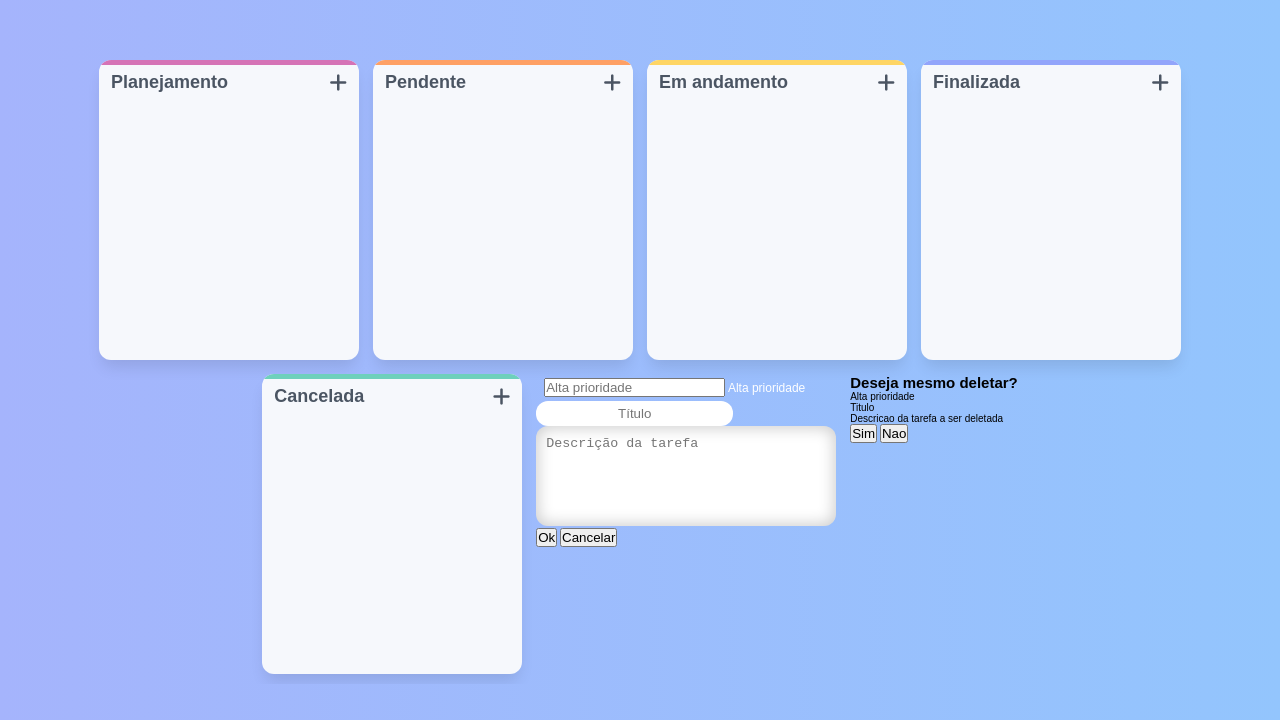
Repository: Marinalr-25/ProjetoToDoList
Page: index.html
An editor plug-in stored every save of this project. The page is shown before and after the next save, followed by the edit.
The browser window is 1280 px wide. The pictures show the whole page.
Some web fonts or font styles are not loaded; a fallback is used. Some web libraries are served in a nearby version.

Above is the page before, as saved 2025-06-26 15:06:06.

### index.html
<!DOCTYPE html>
<html lang="pt-BR">
  <head>
    <meta charset="UTF-8" />
    <meta name="viewport" content="width=device-width, initial-scale=1.0" />
    <link rel="preconnect" href="https://fonts.googleapis.com" />
    <link rel="preconnect" href="https://fonts.gstatic.com" crossorigin />
    <link
      href="https://fonts.googleapis.com/css2?family=Playpen+Sans:wght@100..800&family=Roboto:ital,wght@0,100;0,300;0,400;0,500;0,700;0,900;1,100;1,300;1,400;1,500;1,700;1,900&display=swap"
      rel="stylesheet"
    />
    <link
      rel="stylesheet"
      href="https://cdnjs.cloudflare.com/ajax/libs/font-awesome/6.6.0/css/all.min.css"
      integrity="sha512-Kc323vGBEqzTmouAECnVceyQqyqdsSiqLQISBL29aUW4U/M7pSPA/gEUZQqv1cwx4OnYxTxve5UMg5GT6L4JJg=="
      crossorigin="anonymous"
      referrerpolicy="no-referrer"
    />
    <link rel="stylesheet" href="css/style.css" />
    <title>Suas tarefas</title>
  </head>
  <body>
    <main class="kanban">
      <!-- coluna 1 (planejamento) -->
      <div class="kanban-column" data-id="1">
        <div class="kanban-title">
          <h2>Planejamento</h2>
          <button class="add-card"><i class="fa-solid fa-plus"></i></button>
        </div>
        <div class="kanban-cards">
          <!-- <div class="kanban-card" draggable="true">
            <div class="badge high">
              <span>Alta prioridade</span>
            </div>
            <p class="card-title">Criar uma logo</p>
            <div class="card-infos">
              A logo deve conter as cores rosa e azul, traços finos e que
              represente a marca
              <div class="card-icons">
                <p>
                  <i class="fa-solid fa-trash"></i>
                </p>
                <p>
                  <i class="fa-solid fa-pen"></i>
                </p>
              </div>
              <div class="user">
                <img src="images/iconePerfilPlanejamento.png" alt="avatar1" />
              </div>
            </div>
          </div>
          <div class="kanban-card" draggable="true">
            <div class="badge low">
              <span>Baixa prioridade</span>
            </div>
            <p class="card-title">Criar o designer</p>
            <div class="card-infos">
              Cores: Rosa e Azul
              <div class="card-icons">
                <p>
                  <i class="fa-solid fa-trash"></i>
                </p>
                <p>
                  <i class="fa-solid fa-pen"></i>
                </p>
              </div>
              <div class="user">
                <img src="images/iconePerfilPlanejamento.png" alt="avatar1" />
              </div>
            </div>
          </div> -->
        </div>
      </div>
      <!-- coluna 2 (Pendente) -->
      <div class="kanban-column" data-id="2">
        <div class="kanban-title">
          <h2>Pendente</h2>
          <button class="add-card"><i class="fa-solid fa-plus"></i></button>
        </div>
        <div class="kanban-cards">
          <!-- <div class="kanban-card" draggable="true">
            <div class="badge high">
              <span>Alta prioridade</span>
            </div>
            <p class="card-title">Revisar Layout</p>
            <div class="card-infos">
              Ajustar espaçamentos e tamanho das imagens
              <div class="card-icons">
                <p>
                  <i class="fa-solid fa-trash"></i>
                </p>
                <p>
                  <i class="fa-solid fa-pen"></i>
                </p>
              </div>
              <div class="user">
                <img src="images/iconePerfilPendente.png" alt="avatar2" />
              </div>
            </div>
          </div> -->
        </div>
      </div>
      <!-- coluna 3 (Em andamento) -->
      <div class="kanban-column" data-id="3">
        <div class="kanban-title">
          <h2>Em andamento</h2>
          <button class="add-card"><i class="fa-solid fa-plus"></i></button>
        </div>
        <div class="kanban-cards">
          <!-- <div class="kanban-card" draggable="true">
            <div class="badge medium">
              <span>Prioridade média</span>
            </div>
            <p class="card-title">ícones e imagens</p>
            <div class="card-infos">
              Criar as imagens e ícones necessários
              <div class="card-icons">
                <p>
                  <i class="fa-solid fa-trash"></i>
                </p>
                <p>
                  <i class="fa-solid fa-pen"></i>
                </p>
              </div>
              <div class="user">
                <img src="images/iconePerfilEmAndamento.png" alt="avatar2" />
              </div>
            </div>
          </div> -->
        </div>
      </div>
      <!-- coluna 4 (Finalizada) -->
      <div class="kanban-column" data-id="4">
        <div class="kanban-title">
          <h2>Finalizada</h2>
          <button class="add-card"><i class="fa-solid fa-plus"></i></button>
        </div>
        <div class="kanban-cards">
          <!-- <div class="kanban-card" draggable="true">
            <div class="badge high">
              <span>Alta prioridade</span>
            </div>
            <p class="card-title">Decidir a paleta de cores e tipografia</p>
            <div class="card-infos">
              Cores: Rosa e Azul Tipografia: Monserrat
              <div class="card-icons">
                <p>
                  <i class="fa-solid fa-trash"></i>
                </p>
                <p>
                  <i class="fa-solid fa-pen"></i>
                </p>
              </div>
              <div class="user">
                <img src="images/iconePerfilFinalizada.png" alt="avatar2" />
              </div>
            </div>
          </div>
          <div class="kanban-card" draggable="true">
            <div class="badge high">
              <span>Alta prioridade</span>
            </div>
            <p class="card-title">HTML</p>
            <div class="card-infos">
              Criando a estrutura HTML das páginas
              <div class="card-icons">
                <p>
                  <i class="fa-solid fa-trash"></i>
                </p>
                <p>
                  <i class="fa-solid fa-pen"></i>
                </p>
              </div>
              <div class="user">
                <img src="images/iconePerfilFinalizada.png" alt="avatar2" />
              </div>
            </div>
          </div> -->
        </div>
      </div>
      <!-- coluna 5 (Cancelada)-->
      <div class="kanban-column" data-id="5">
        <div class="kanban-title">
          <h2>Cancelada</h2>
          <button class="add-card"><i class="fa-solid fa-plus"></i></button>
        </div>
        <div class="kanban-cards">
          <!-- <div class="kanban-card" draggable="true">
            <div class="badge medium">
              <span id="propriedadeSelecionada">Prioridade média</span>
            </div>
            <p class="card-title">Banco de dados</p>
            <div class="card-infos">
              Uso de banco de dados (opção descartada)
              <div class="card-icons">
                <p>
                  <i class="fa-solid fa-trash"></i>
                </p>
                <p>
                  <i class="fa-solid fa-pen"></i>
                </p>
              </div>
              <div class="user">
                <img
                  src="images/iconePerfilCancelada.png"
                  alt="avatarTarefaCancelada"
                />
              </div>
            </div>
          </div> -->
        </div>
      </div>
      <div class="adicionando">
        <div class="opcoes">
          <div class="custom_radio">
            <input
              type="radio"
              name="prioridade"
              id="alta_prioridade"
              placeholder="Alta prioridade"
            />
            <label for="alta_prioridade">Alta prioridade</label>
          </div>
          <div class="custom_radio">
            <input
              type="radio"
              name="prioridade"
              id="media_prioridade"
              placeholder="Alta prioridade"
            />
            <label for="media_prioridade">Prioridade média</label>
          </div>
          <div class="custom_radio">
            <input
              type="radio"
              name="prioridade"
              id="baixa_prioridade"
              placeholder="Alta prioridade"
            />
            <label for="baixa_prioridade">Baixa prioridade</label>
          </div>
        </div>
        <div class="title">
          <input
            type="text"
            class="title-input"
            name="title"
            id="title"
            placeholder="Título"
          />
          <label for="title"></label>
        </div>
        <div class="descricao">
          <textarea
            placeholder="Descrição da tarefa"
            name="caixa_texto"
            id="caixa_texto"
            class="caixa_texto"
          ></textarea>
        </div>
        <div class="buttons">
          <button class="botao okButton">Ok</button>
          <button class="botao cancelarButton">Cancelar</button>
        </div>
      </div>

      <div class="popupEditar">
        <div class="popupEditar__prioridade badge">
          <div>
            <input
              type="text"
              name="prioridade"
              id="alta_prioridade"
              class="alta_prioridade"
              placeholder="Alta prioridade"
            />
            <label for="alta_prioridade">Alta prioridade</label>
          </div>
        </div>
        <div class="popupEditar__titulo">
          <input
            type="text"
            class="title"
            name="title"
            id="title"
            placeholder="Título"
          />
          <label for="title"></label>
        </div>
        <div class="popupEditar__descricao">
          <textarea
            placeholder="Descrição da tarefa"
            name="caixa_texto"
            id="caixa_texto"
            class="caixa_texto"
          ></textarea>
        </div>
        <div class="buttonsEdit">
          <button class="botaoOk">Ok</button>
          <button class="botaoCancelar">Cancelar</button>
        </div>
      </div>

      <!-- <div class="popupEditar">
        <h2>Deseja mesmo editar?</h2>
        <div class="itensParaEditar">
          <div class="popupEditar__prioridade">Alta prioridade</div>
          <div class="popupEditar__titulo">Titulo</div>
          <div class="popupEditar__descricao">
            Descricao da tarefa a ser deletada
          </div>
        </div>
        <div class="buttonsEdit">
          <button class="botaoOk">Ok</button>
          <button class="botaoCancelar">Cancelar</button>
        </div>
      </div> -->
      <div class="popupDeletar">
        <h2>Deseja mesmo deletar?</h2>
        <div class="itensParaDeletar">
          <div class="popupDeletar__prioridade">Alta prioridade</div>
          <div class="popupDeletar__tituloDelete">Titulo</div>
          <div class="popupDeletar__descricaoDelete">
            Descricao da tarefa a ser deletada
          </div>
        </div>
        <div class="buttonsDelete">
          <button class="botaoSim">Sim</button>
          <button class="botaoNao">Nao</button>
        </div>
      </div>
    </main>
    <!-- <button id="clear-storage">Limpar Local Storage</button> -->
    <script src="javascript/script.js"></script>
  </body>
</html>

### css/style.css
* {
  padding: 0;
  margin: 0;
  box-sizing: border-box;
}

*::-webkit-scrollbar {
  width: 0.8rem;
}

*::-webkit-scrollbar-track {
  background-color: #eaeffa;
  border-radius: 0.8rem;
}
*::-webkit-scrollbar-thumb {
  background-color: #b7d3fb;
  border-radius: 2rem;
}

html {
  font-size: 62.5%;
}

body {
  font-family: 'Playpen Sans', sans-serif;
  min-height: 100vh;
  display: flex;
  justify-content: center;
  align-items: center;
  background: linear-gradient(90deg, #a5b4fc, #93c5fd);
}

.kanban {
  display: flex;
  gap: 1.4rem;
  flex-wrap: wrap;
  justify-content: center;
  padding: 2.4rem;
  width: 100%;
  height: 90vh;
  overflow-x: auto;
}

.kanban-column {
  display: flex;
  flex-direction: column;
  gap: 1.8rem;
  height: 100%;
  overflow-y: auto;
  background-color: #f6f8fc;
  border-radius: 1.2rem;
  box-shadow: 0 1rem 1.5rem -0.3rem rgba(0, 0, 0, 0.1);
  padding: 1.2rem;
  overflow: hidden;
  width: 26rem;
  position: relative;

  @media all and (max-width: 87.87em) {
    height: 50%;
  }

  &::after {
    position: absolute;
    content: '';
    top: 0;
    left: 0;
    height: 0.5rem;
    width: 100%;
  }
  &[data-id='1']::after {
    background-color: #d573b6;
  }
  &[data-id='2']::after {
    background-color: #fea065;
  }
  &[data-id='3']::after {
    background-color: #fed565;
  }
  &[data-id='4']::after {
    background-color: #92a5fb;
  }
  &[data-id='5']::after {
    background-color: #6ed0bc;
  }
}

.kanban-title {
  display: flex;
  justify-content: space-between;

  & h2 {
    font-size: 1.8rem;
    color: #4b5563;
    font-weight: 600;
  }
}

.add-card {
  color: #4b5563;
  font-size: 2rem;
  background-color: transparent;
  cursor: pointer;
  border: none;
}

.kanban-cards {
  display: flex;
  flex-direction: column;
  gap: 0.8rem;
  height: 100%;
  overflow-x: hidden;
  overflow-y: auto;
}

.kanban-card {
  display: flex;
  flex-direction: column;
  gap: 0.8rem;
  background-color: #ffffff;
  padding: 1rem;
  border-radius: 1.4rem;
  box-shadow: 0 0.5rem 0.5rem -0.3rem rgba(0, 0, 0, 0.1);
  cursor: pointer;
}

.badge {
  color: #ffffff;
  width: fit-content;
  font-size: 1.2rem;
  padding: 0.4rem 0.8rem;
  border-radius: 1.2rem;

  &.high {
    background-color: #d573b6;
  }
  &.medium {
    background-color: #fea065;
  }
  &.low {
    background-color: #92a5fb;
  }
}

.dragging {
  opacity: 0.5;
}

.card-title {
  font-size: 1.1rem;
  font-weight: 600;
}

.card-infos {
  display: flex;
  justify-content: space-between;
  align-items: start;
  gap: 0.8rem;
}
.card-icons {
  display: flex;
  gap: 1.5rem;
  & i {
    color: #a8a8aa;
  }
}

.cards-hover {
  background-color: #eaeffa;
  border-radius: 0.8rem;
}

.user img {
  width: 4.2rem;
  height: 4.2rem;
  border-radius: 100%;
  object-fit: cover;
}

.adicionando {
  padding: 2rem;
  display: none;
  flex-direction: column;
  justify-content: space-between;
  gap: 2.5rem;
  position: fixed;
  top: 50%;
  left: 50%;
  transform: translate(-50%, -50%);
  width: 50rem;
  height: 35rem;
  border-radius: 1rem;
  box-shadow: inset -0.5rem -0.5rem 2rem 0.5rem rgba(0, 0, 0, 0.2);
  background: linear-gradient(150deg, #93c5fd, #a5b4fc);
}

.opcoes {
  display: flex;
  justify-content: center;
  gap: 2rem;
}

.custom_radio input[type='radio'] {
  display: none;
}

.custom_radio label {
  display: inline-block;
  margin: 0.5rem;
  cursor: pointer;
  transition: all 0.2s ease;
  background-color: #43b494;
  color: #ffffff;
  width: fit-content;
  font-size: 1.2rem;
  padding: 0.4rem 0.8rem;
  border-radius: 1.2rem;
}

.custom_radio input[type='radio']:checked + label {
  box-shadow: 0 0.5rem 0.5rem 0.2rem rgba(0, 0, 0, 0.2);
}

label:hover {
  transform: scale(1.1);
}

#alta_prioridade:checked + label {
  background-color: #d573b6; /* Vermelho para alta prioridade */
}

#media_prioridade:checked + label {
  background-color: #fea065; /* Amarelo para média prioridade */
}

#baixa_prioridade:checked + label {
  background-color: #92a5fb; /* Verde para baixa prioridade */
}

.custom-radio input[type='radio']:checked {
  transform: scale(1.1);
}

.title {
  display: flex;
  justify-content: center;
  padding: 0.5rem 1rem;
}

.title::placeholder {
  text-align: center;
}

.title,
.caixa_texto {
  border: 0;
  resize: none;
  border-radius: 1.2rem;
}

.title:focus,
.caixa_texto:focus {
  outline: none;
  box-shadow: inset 0 0 1.5rem 0.2rem transparent;
  border: 2px solid #998fe8;
}

.descricao {
  display: flex;
  justify-content: center;
}
.caixa_texto {
  width: 30rem;
  height: 10rem;
  padding: 1rem;
  box-shadow: inset 0 0 1.5rem 0.2rem #00000033;
}

.caixa_texto::placeholder {
  text-align: start;
}

.buttons {
  display: flex;
  justify-content: space-around;
  height: 4rem;
  align-items: center;
}

.botao {
  text-transform: uppercase;
  font-weight: 600;
  border: 0;
  border-radius: 5rem;
  padding: 0.6rem 0.8rem;
  width: 9rem;
  box-shadow: 0 0.5rem 0.5rem 0.2rem rgba(0, 0, 0, 0.2);
}

.okButton {
  background-color: #6ac96f;
  box-shadow: inset 0 0.5rem 0.5rem 0.2rem transparent;
  transition: all 0.3s ease;
  &:hover {
    box-shadow: inset 0.2rem -0.5rem 1rem 0.1rem #52b957;
    transform: scale(1.1);
  }
}
.cancelarButton {
  background-color: #e57373;
  box-shadow: inset 0 0.5rem 0.5rem 0.2rem transparent;
  transition: all 0.3s ease;
  &:hover {
    box-shadow: inset 0.2rem -0.5rem 1rem 0.1rem #d63d3d;
    transform: scale(1.1);
  }
}

Loaded but not shown: javascript/script.js (244 lines, source omitted)

After the next save:
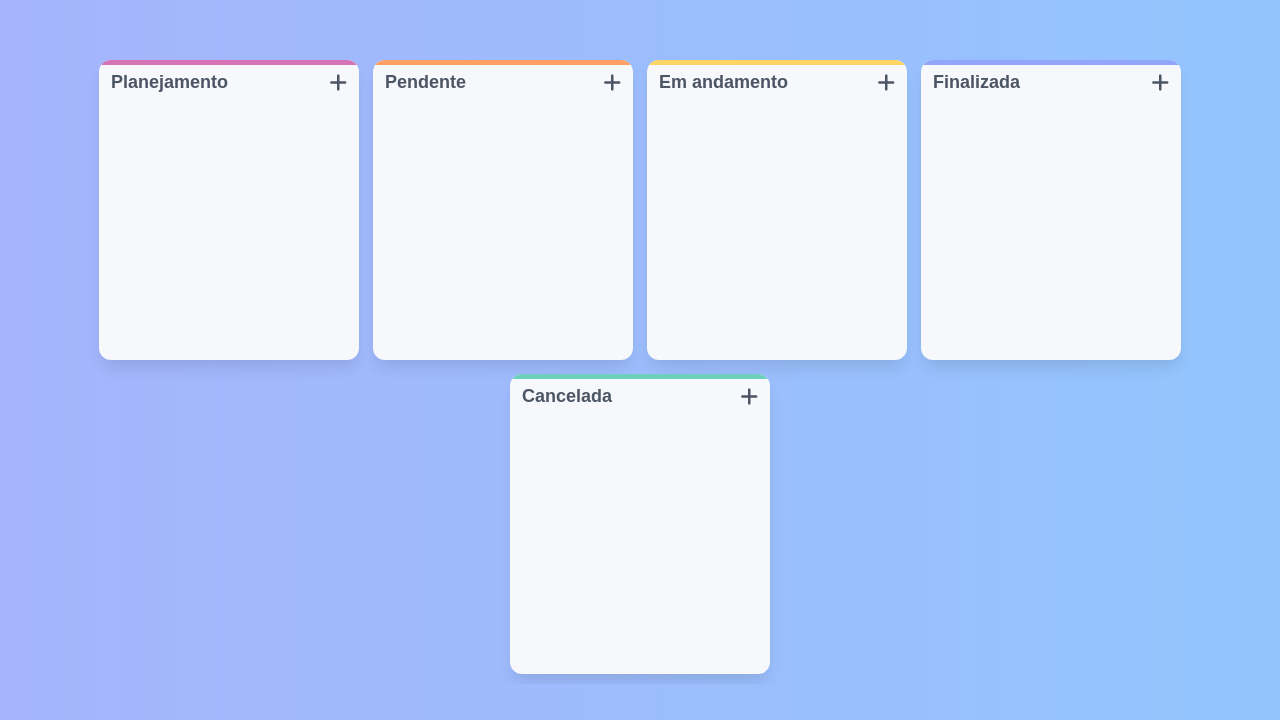
Saved 20 s later.
--- a/css/style.css
+++ b/css/style.css
@@ -52,7 +52,7 @@ body {
   box-shadow: 0 1rem 1.5rem -0.3rem rgba(0, 0, 0, 0.1);
   padding: 1.2rem;
   overflow: hidden;
-  width: 26rem;
+  min-width: 26rem;
   position: relative;
 
   @media all and (max-width: 87.87em) {
@@ -118,6 +118,7 @@ body {
   gap: 0.8rem;
   background-color: #ffffff;
   padding: 1rem;
+  width: 24rem;
   border-radius: 1.4rem;
   box-shadow: 0 0.5rem 0.5rem -0.3rem rgba(0, 0, 0, 0.1);
   cursor: pointer;
@@ -176,7 +177,9 @@ body {
   object-fit: cover;
 }
 
-.adicionando {
+.adicionando,
+.popupDeletar,
+.popupEditar {
   padding: 2rem;
   display: none;
   flex-direction: column;
@@ -202,6 +205,9 @@ body {
 .custom_radio input[type='radio'] {
   display: none;
 }
+input[type='text'] {
+  display: none;
+}
 
 .custom_radio label {
   display: inline-block;
@@ -224,20 +230,23 @@ label:hover {
   transform: scale(1.1);
 }
 
-#alta_prioridade:checked + label {
+#alta_prioridade:checked + label,
+.alta_prioridade:checked + label {
   background-color: #d573b6; /* Vermelho para alta prioridade */
 }
 
-#media_prioridade:checked + label {
+#media_prioridade:checked + label,
+.media_prioridade:checked + label {
   background-color: #fea065; /* Amarelo para média prioridade */
 }
 
-#baixa_prioridade:checked + label {
+#baixa_prioridade:checked + label,
+.baixa_prioridade:checked + label {
   background-color: #92a5fb; /* Verde para baixa prioridade */
 }
 
 .custom-radio input[type='radio']:checked {
-  transform: scale(1.1);
+  transform: scale(1.2);
 }
 
 .title {
@@ -246,25 +255,27 @@ label:hover {
   padding: 0.5rem 1rem;
 }
 
-.title::placeholder {
+.title-input::placeholder {
   text-align: center;
 }
 
-.title,
-.caixa_texto {
+.title-input,
+.caixa_texto,
+.popupEditar__titulo {
   border: 0;
   resize: none;
   border-radius: 1.2rem;
 }
 
-.title:focus,
+.title-input:focus,
 .caixa_texto:focus {
   outline: none;
   box-shadow: inset 0 0 1.5rem 0.2rem transparent;
   border: 2px solid #998fe8;
 }
 
-.descricao {
+.descricao,
+.popupEditar__descricao {
   display: flex;
   justify-content: center;
 }
@@ -314,3 +325,47 @@ label:hover {
     transform: scale(1.1);
   }
 }
+
+.popupDeletar,
+.popupEditar {
+  display: none;
+  justify-content: space-between;
+  align-items: center;
+}
+
+.buttonsDelete,
+.buttonsEdit {
+  display: flex;
+  gap: 4rem;
+  justify-content: space-around;
+}
+
+.botaoSim,
+.botaoNao,
+.botaoOk,
+.botaoCancelar {
+  border: none;
+  border-radius: 0.5rem;
+  color: #fff;
+  padding: 0.5rem 1rem;
+  cursor: pointer;
+}
+
+.botaoSim,
+.botaoOk {
+  background-color: #10b981;
+  transition: all 0.3s;
+  &:hover {
+    background-color: #059669;
+    transform: scale(1.2);
+  }
+}
+.botaoNao,
+.botaoCancelar {
+  background-color: #ef4444;
+  transition: all 0.3s;
+  &:hover {
+    transform: scale(1.2);
+    background-color: #dc2626;
+  }
+}
